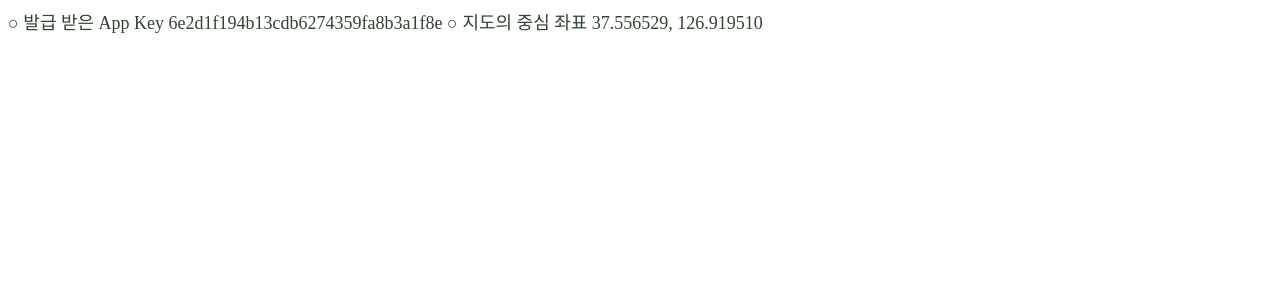
Repository: youngsik0405/KakaoMapStudy
Page: MapApp/WebContent/MapTest001.html
These files come from the project's save history. The page is drawn as it stood at one moment and after the next save; the edit follows.
The browser window is 1280 px wide. The pictures show the whole page.

Above is the page before, as saved 2025-03-10 00:35:56.

After the next save:
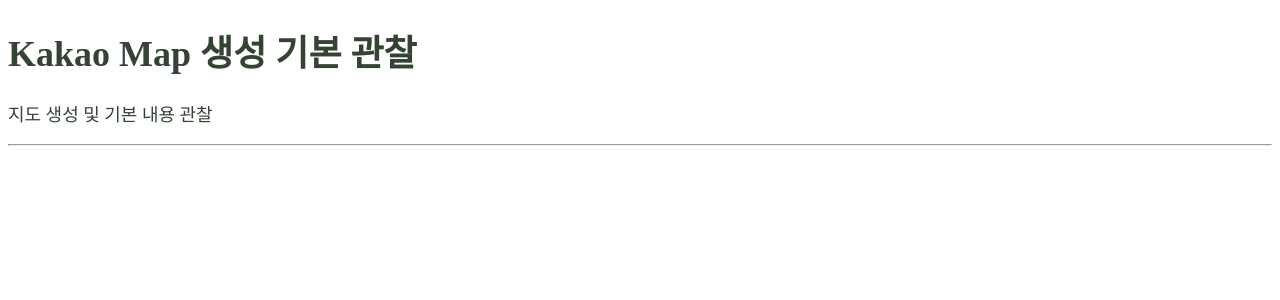
Saved 117 s later.
--- a/MapApp/WebContent/MapTest001.html
+++ b/MapApp/WebContent/MapTest001.html
@@ -7,11 +7,22 @@
 </head>
 <body>
 
-○ 발급 받은 App Key
-6e2d1f194b13cdb6274359fa8b3a1f8e
+<!-- ○ 발급 받은 App Key -->
+<!-- 6e2d1f194b13cdb6274359fa8b3a1f8e -->
 
-○ 지도의 중심 좌표
-37.556529, 126.919510
+<!-- ○ 지도의 중심 좌표 -->
+<!-- 37.556529, 126.919510 -->
+
+<div>
+	<h1>Kakao Map 생성 기본 관찰</h1>
+	<p>지도 생성 및 기본 내용 관찰</p>
+	<hr>
+</div>
+
+
+<!-- 지도를 랜더링할 div 공간 확보(지정) -->
+<div id="map" style="width: 100%; height: 400px;"></div>
+
 
 </body>
 </html>
